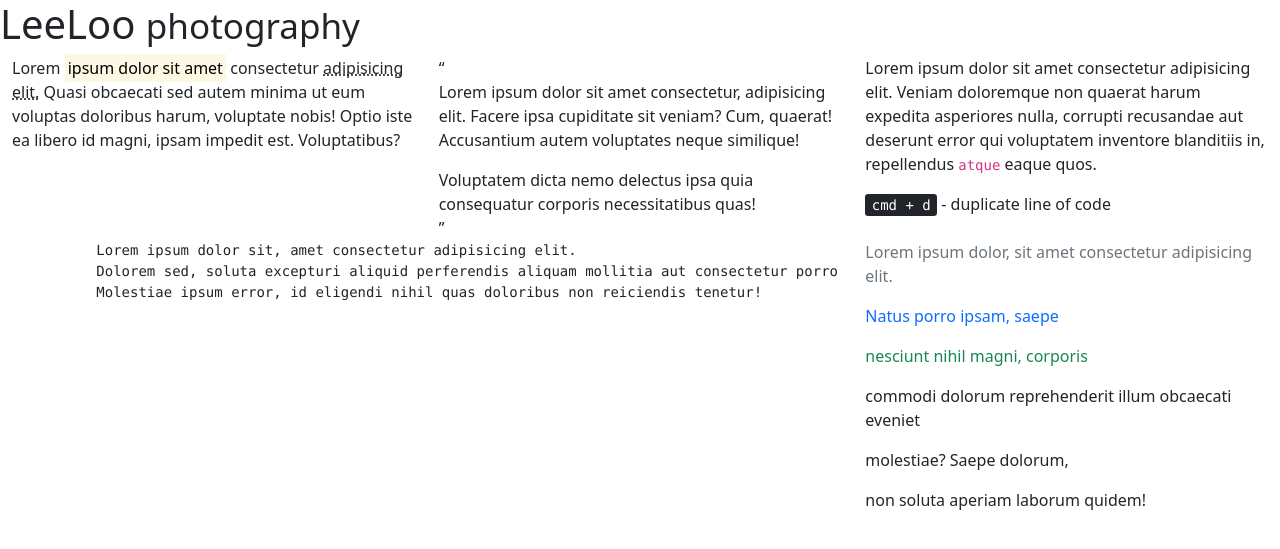
Repository: Zyzik-33/bootstrap-test
Page: index.html
An editor plug-in stored every save of this project. The page is shown before and after the next save, followed by the edit.
The browser window is 1280 px wide. The pictures show the whole page.

Above is the page before, as saved 2021-01-27 14:58:44.

### index.html
<!DOCTYPE html>
<html lang="en">
<head>
  <title>LeeLoo</title>
  <meta charset="UTF-8">
  <meta name="viewport" content="width=device-width, initial-scale=1.0">
  <link href="https://cdn.jsdelivr.net/npm/bootstrap@5.0.0-beta1/dist/css/bootstrap.min.css" rel="stylesheet" integrity="sha384-giJF6kkoqNQ00vy+HMDP7azOuL0xtbfIcaT9wjKHr8RbDVddVHyTfAAsrekwKmP1" crossorigin="anonymous">
  <script src="https://ajax.googleapis.com/ajax/libs/jquery/3.5.1/jquery.min.js"></script>
  <script src="https://cdn.jsdelivr.net/npm/bootstrap@5.0.0-beta1/dist/js/bootstrap.bundle.min.js" integrity="sha384-ygbV9kiqUc6oa4msXn9868pTtWMgiQaeYH7/t7LECLbyPA2x65Kgf80OJFdroafW" crossorigin="anonymous"></script>
</head>
<body>
  <h1>LeeLoo <small>photography</small> </h1>
  <div class="container-fluid">

    <div class="row">
      <div class="col-lg-4">Lorem <mark>ipsum dolor sit amet</mark> consectetur <abbr title="Explanation">adipisicing elit.</abbr> Quasi obcaecati sed autem minima ut eum voluptas doloribus harum, voluptate nobis! Optio iste ea libero id magni, ipsam impedit est. Voluptatibus?</div>
      <div class="col-lg-4">
        <q cite="http://developer.mozilla.org">
          <p>
            Lorem ipsum dolor sit amet consectetur, adipisicing elit. Facere ipsa cupiditate sit veniam? Cum, quaerat!
             Accusantium autem voluptates neque similique!
          </p>
          <footer>
            Voluptatem dicta nemo delectus ipsa quia consequatur corporis necessitatibus quas!
          </footer>
        </q>
      </div>
      <div class="col-lg-4">
        <blockquote class="blockquote-reverse">
          <p>
            Lorem ipsum dolor sit amet consectetur adipisicing elit.
            Veniam doloremque non quaerat harum expedita asperiores nulla,
            corrupti recusandae aut deserunt error qui voluptatem inventore
            blanditiis in, repellendus <code>atque</code> eaque quos.
          </p>
          <footer><kbd>cmd + d</kbd> - duplicate line of code</footer>
        </blockquote>
      </div>
    </div>
    <div class="row">
      <div class="col-lg-8">
        <pre>
          Lorem ipsum dolor sit, amet consectetur adipisicing elit.
          Dolorem sed, soluta excepturi aliquid perferendis aliquam mollitia aut consectetur porro.
          Molestiae ipsum error, id eligendi nihil quas doloribus non reiciendis tenetur!
        </pre>
      </div>
      <div class="col-lg-4">
       <p class="text-muted"> Lorem ipsum dolor, sit amet consectetur adipisicing elit.</p>
       <p class="text-primary">Natus porro ipsam, saepe</p>
       <p class="text-success">nesciunt nihil magni, corporis</p>
       <p>commodi dolorum reprehenderit illum obcaecati eveniet</p>
       <p>molestiae? Saepe dolorum,</p>
       <p>non soluta aperiam laborum quidem!</p>
      </div>
    </div>
  </div>
</body>
</html>

After the next save:
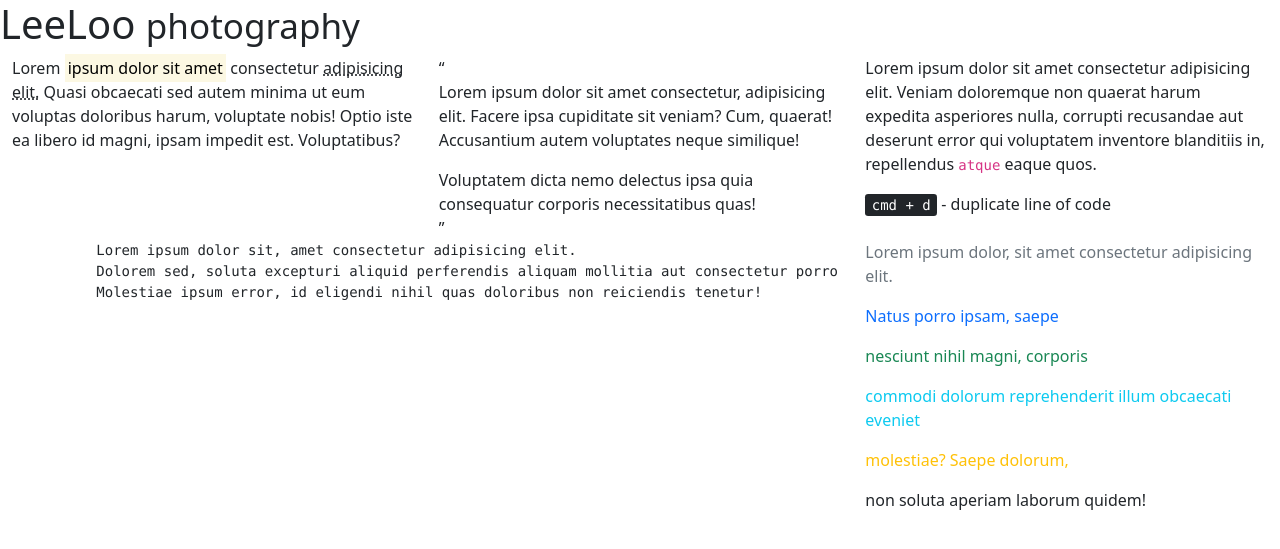
Saved 33 s later.
--- a/index.html
+++ b/index.html
@@ -49,8 +49,8 @@
        <p class="text-muted"> Lorem ipsum dolor, sit amet consectetur adipisicing elit.</p>
        <p class="text-primary">Natus porro ipsam, saepe</p>
        <p class="text-success">nesciunt nihil magni, corporis</p>
-       <p>commodi dolorum reprehenderit illum obcaecati eveniet</p>
-       <p>molestiae? Saepe dolorum,</p>
+       <p class="text-info">commodi dolorum reprehenderit illum obcaecati eveniet</p>
+       <p class="text-warning">molestiae? Saepe dolorum,</p>
        <p>non soluta aperiam laborum quidem!</p>
       </div>
     </div>
